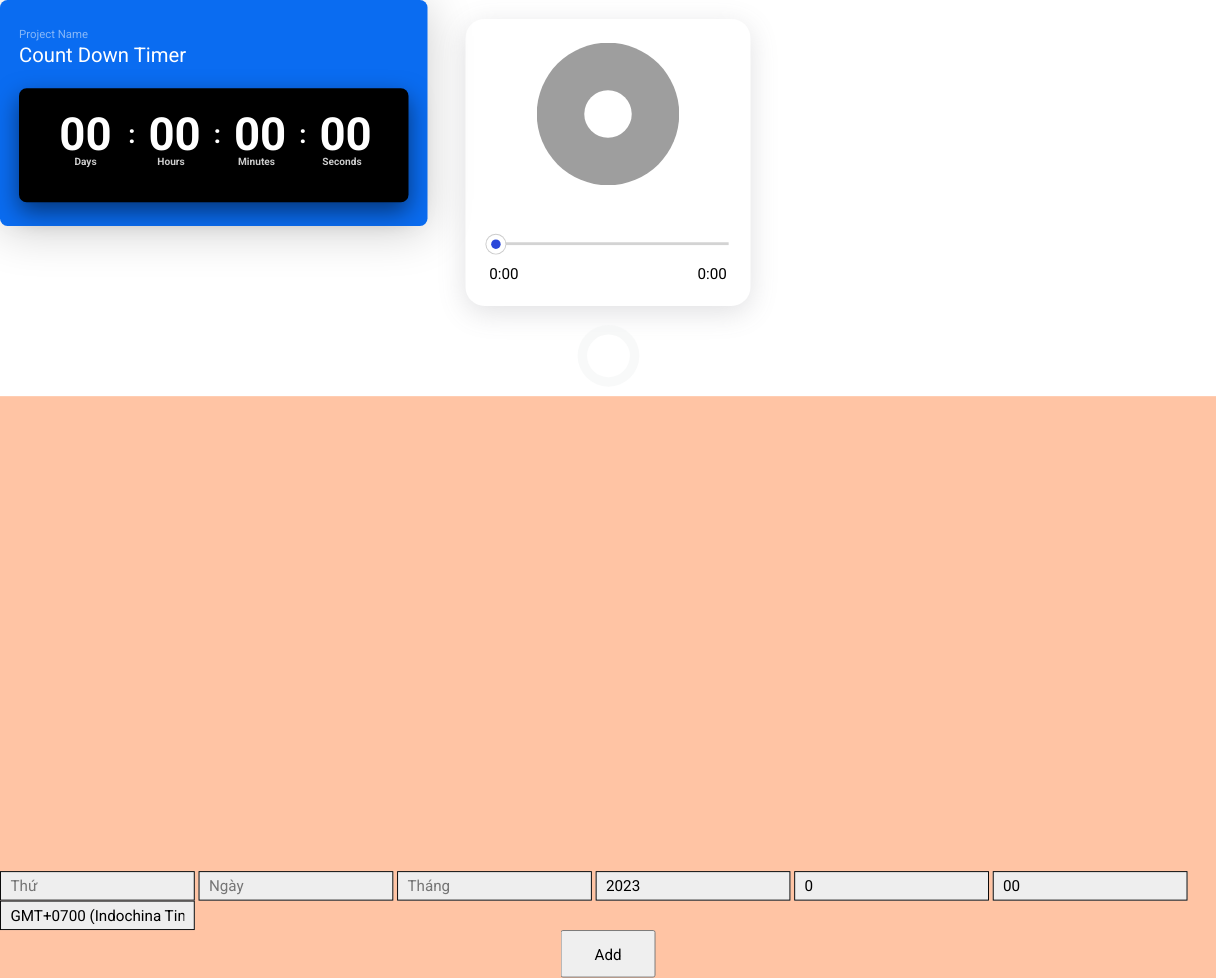
Repository: thuanpham00/CountDownTimer
Page: index.html
An editor plug-in stored every save of this project. The page is shown before and after the next save, followed by the edit.
The browser window is 1280 px wide. The pictures show the whole page, at 95% of full size.
Pictures or frames that could not be fetched are drawn as grey boxes. The style sheet was rebuilt from its Sass, Less or Tailwind sources for each picture, by a compiler version that may differ from the author's.

Above is the page before, as saved 2023-09-27 15:30:07.

After the next save:
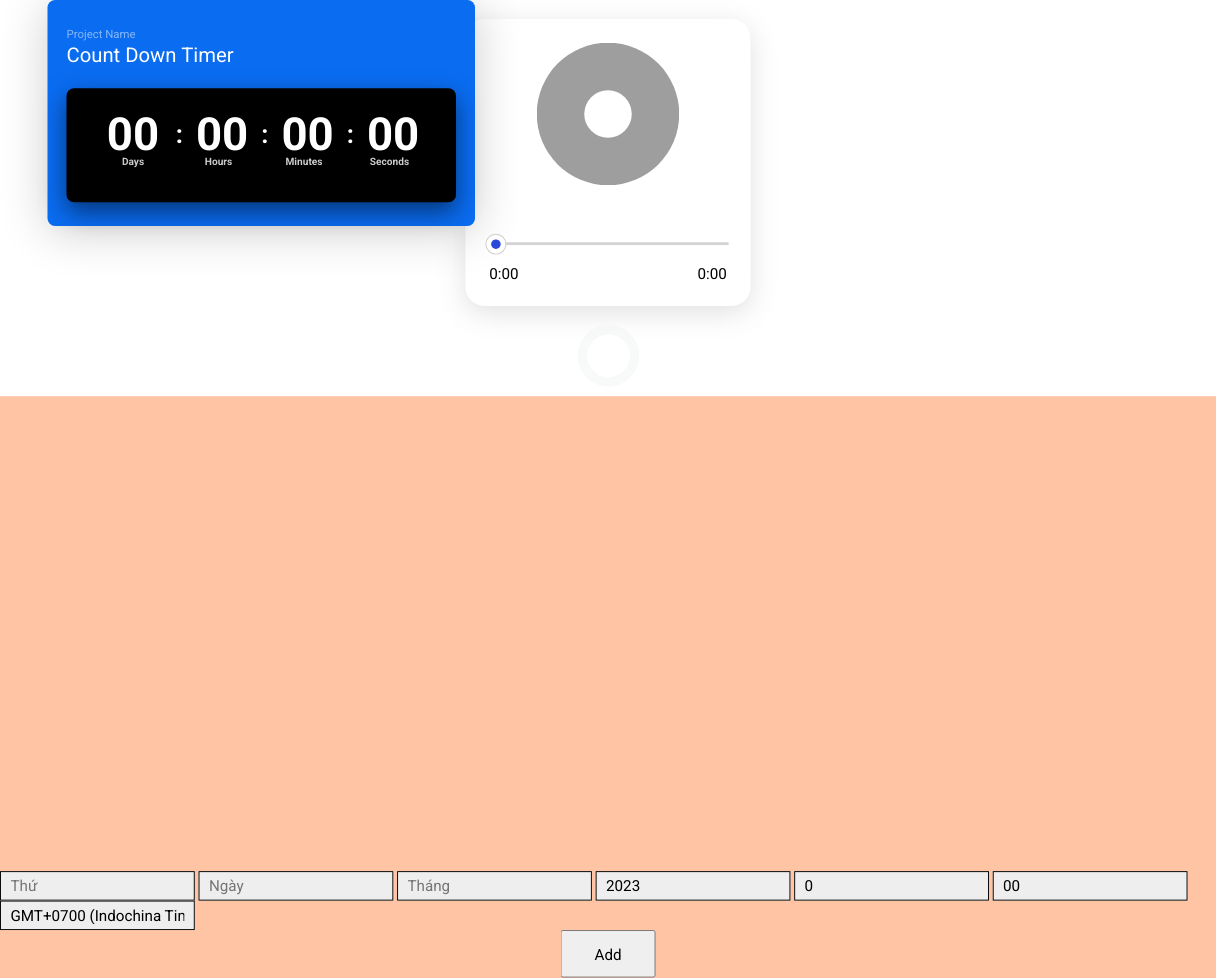
Saved 9 s later.
--- a/scss/main.scss
+++ b/scss/main.scss
@@ -160,6 +160,7 @@ body {
 
     &-wrapper {
         position: absolute;
+        left: 50px;
         background-color: $continer-color;
         padding: $continer-padding;
         border-radius: 8px;
